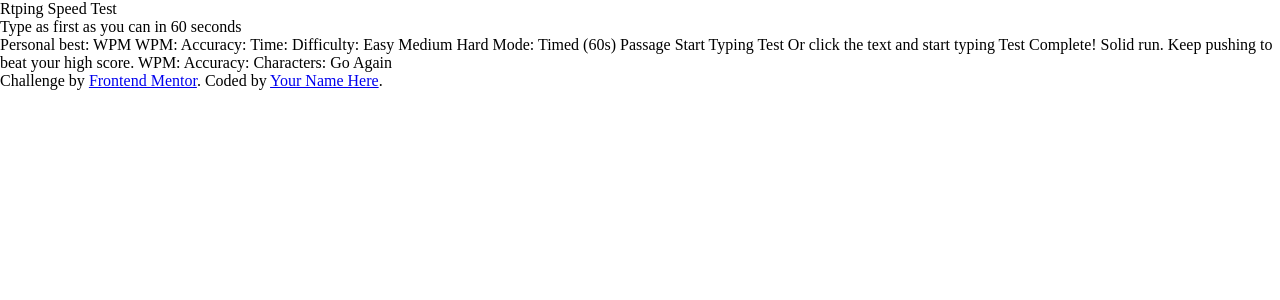
Repository: eva003n/typing-speed-test
Page: index.html
An editor plug-in stored every save of this project. The page is shown before and after a run of saves, followed by the edit.
The browser window is 1280 px wide. The pictures show the whole page.

Above is the page before, as saved 2026-02-12 23:44:21.

### index.html
<!DOCTYPE html>
<html lang="en">
<head>
  <meta charset="UTF-8">
  <meta name="viewport" content="width=device-width, initial-scale=1.0"> <!-- displays site properly based on user's device -->

  <link rel="icon" type="image/png" sizes="32x32" href="./assets/images/favicon-32x32.png">
  <link rel="stylesheet" href="/style.css">
  <title>Frontend Mentor | Typing Speed Test</title>
</head>
<body>

  <header>
    <div>
      <!-- logo -->

      <p>Rtping Speed Test</p>
      <p>Type as first as you can in 60 seconds</p>
    </div>
    <div>

    </div>

  </header>
  <section>

  </section>
  Personal best: <!-- PB --> WPM

  WPM: <!-- WPM -->
  Accuracy: <!-- Accuracy -->
  Time: <!-- Time -->

  Difficulty:
  Easy
  Medium
  Hard

  Mode:
  Timed (60s)
  Passage

  <!-- Passage -->

  Start Typing Test
  Or click the text and start typing

  <!-- Test Complete Start -->

  Test Complete!
  Solid run. Keep pushing to beat your high score.

  WPM: <!-- WPM -->
  Accuracy: <!-- Accuracy -->
  Characters: <!-- Correct/Incorrect -->

  Go Again

  <!-- Test Complete End -->

  <div class="attribution">
    Challenge by <a href="https://www.frontendmentor.io?ref=challenge">Frontend Mentor</a>.
    Coded by <a href="#">Your Name Here</a>.
  </div>
</body>
</html>

### style.css
/* sora-regular - latin */
@font-face {
  font-display: swap; /* Check https://developer.mozilla.org/en-US/docs/Web/CSS/@font-face/font-display for other options. */
  font-family: 'Sora';
  font-style: normal;
  font-weight: 400;
  src: url('/assets/fonts/sora-v17-latin-regular.woff2') format('woff2'); /* Chrome 36+, Opera 23+, Firefox 39+, Safari 12+, iOS 10+ */
}
/* sora-600 - latin */
@font-face {
  font-display: swap; /* Check https://developer.mozilla.org/en-US/docs/Web/CSS/@font-face/font-display for other options. */
  font-family: 'Sora';
  font-style: normal;
  font-weight: 600;
  src: url('/assets/fonts/sora-v17-latin-600.woff2') format('woff2'); /* Chrome 36+, Opera 23+, Firefox 39+, Safari 12+, iOS 10+ */
}
/* sora-700 - latin */
@font-face {
  font-display: swap; /* Check https://developer.mozilla.org/en-US/docs/Web/CSS/@font-face/font-display for other options. */
  font-family: 'Sora';
  font-style: normal;
  font-weight: 700;
  src: url('/assets/fonts/sora-v17-latin-700.woff2') format('woff2'); /* Chrome 36+, Opera 23+, Firefox 39+, Safari 12+, iOS 10+ */
}

:root {
--green-500: hsl(140, 63%, 57%);
--red-500: hsl(354, 63%, 57%);
--yellow-400: hsl(49, 85%, 70%);

--blue-600: hsl(214, 100%, 55%);
--blue-400: hsl(210, 100%, 65%);


--neutral-900: hsl(0, 0%, 7%);
--neutral-800: hsl(0, 0%, 15%);
--neutral-500: hsl(240, 3%, 46%);
--neutral-400: hsl(240, 1%, 59%);
--neutral-0: hsl(0, 0%, 100%);

--fz-sm: 1rem;

--fw-400: 400;
--fw-600: 600;
--fw-700: 700;
}

*,
*::before,
*::after {
    margin: 0;
    padding: 0;
}

body {
    min-height: 100svh;
    font-size: var(--fz-sm);

}

After the next 2 saves:
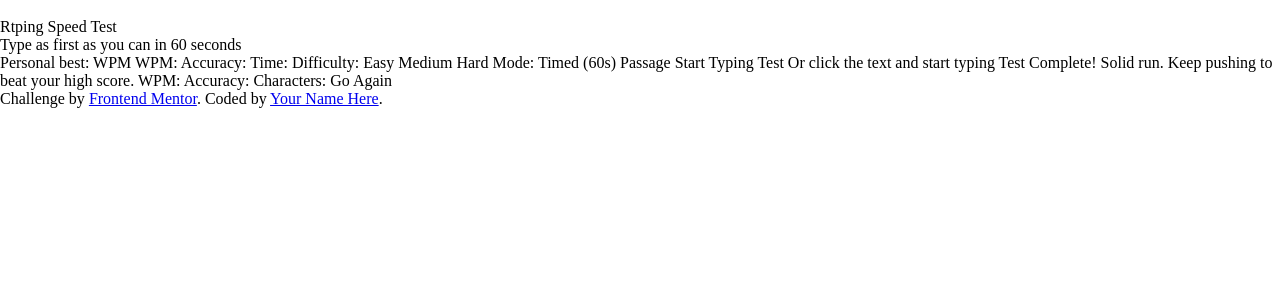
The 2 saves are shown as one change because they came seconds apart.
The last was saved 2 min 12 s later.
--- a/index.html
+++ b/index.html
@@ -13,7 +13,9 @@
   <header>
     <div>
       <!-- logo -->
-
+       <div>
+        <img src="" alt="">
+       </div>
       <p>Rtping Speed Test</p>
       <p>Type as first as you can in 60 seconds</p>
     </div>
